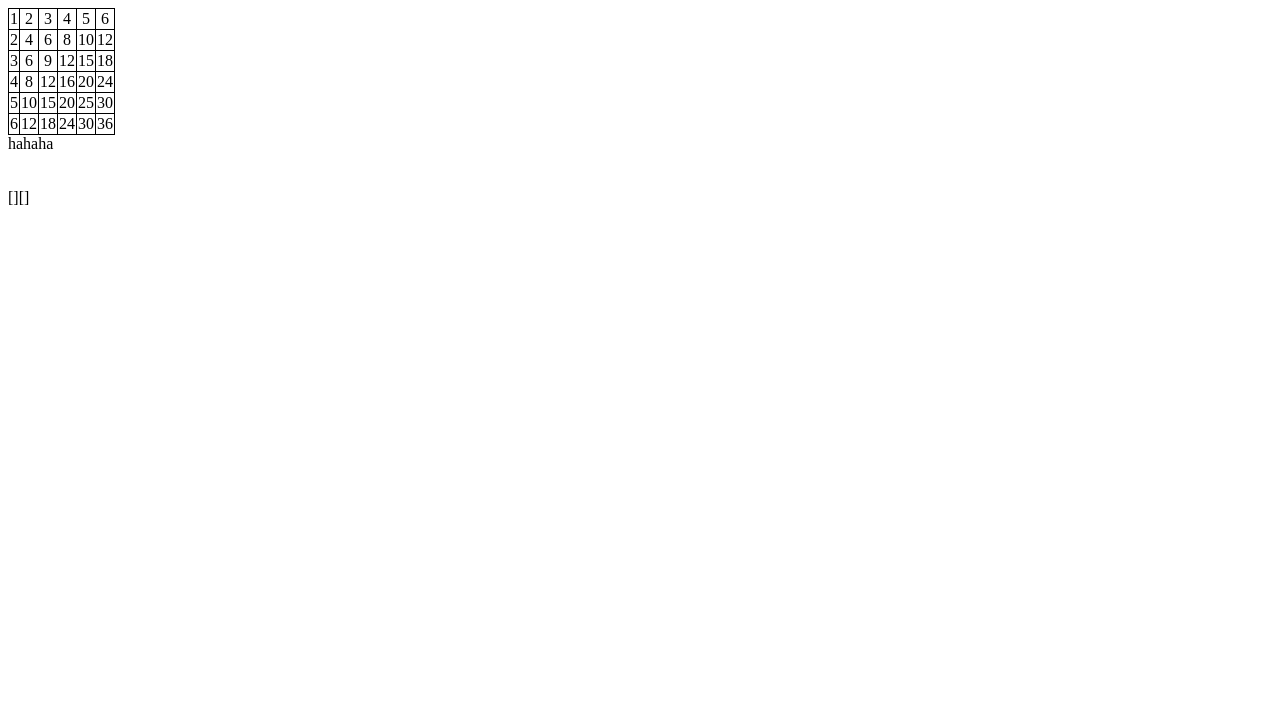
Repository: alphatra/Task-menager
Page: http://localhost/php/src/views/test.php
These files come from the project's save history. The page is drawn as it stood at one moment and after the next save; the edit follows.
The browser window is 1280 px wide. The pictures show the whole page.
The page is run by PHP 8.4 with error messages shown; the project is at /var/www/html/. Queries for data that is not in the repository find no rows.

Above is the page before, as saved 2023-02-11 14:40:30.

### php/src/views/test.php
<!DOCTYPE html>
<html lang="en">
<head>
    <meta charset="UTF-8">
    <meta http-equiv="X-UA-Compatible" content="IE=edge">
    <meta name="viewport" content="width=device-width, initial-scale=1.0">
    <title>Document</title>
</head>
<body>
    <script>

        let tabliczka = (a,b) =>{
            console.log(a,b);
            //pętla for do tworzenia tablczki mnozenia
            let table = document.createElement("table");
            table = document.body.appendChild(table);
            for(let i = 1; i <= a; i++){
                let row = document.createElement("tr");
                for(let j = 1; j <= b; j++){
                    let col = document.createElement("td");
                    col.innerHTML = i*j;
                    row.appendChild(col);
                }
                table.appendChild(row);
            }
        }
        tabliczka(6,6)
    </script>
    <style>
        table,tr,td{
            border: 1px solid black;
            border-collapse: collapse;
            text-align: center;
        }
    </style>
</body>
</html>
<?php
$prod = '{
    "list_name": "hahaha",
    "end_date": "2023-02-22",
    "products": {
        "product_id": [
            "2",
            "3"
        ],
        "product_title": [
            "Samsung Galaxy S20",
            "Canon EOS R6"
        ],
        "qty": [
            1,
            1
        ]
    }
}';
require_once('../model/CRUD.php');
$db = new db();
$prod = json_decode($prod);
$products = $prod->products;
echo $prod->list_name."<br>";
foreach($products->product_id as $key => $value){
    //echo $products->product_title[$key]." ";
    //echo $value."<br>";
    //echo $db->createListItems($products->qty[$key], $prod->list_name, $products->product_id[$key]);
    echo "<br>";
}


//echo $db->getMaxId('list')."<br>";
//echo $db->searchData($_tablename="list_items",$search="");
//echo $db->createListItems($qty=1,$list_name=$prod->list_name,$id_product=13);
//echo $db->createList($prod->list_name, $prod->end_date);
//echo $db->getIdList($prod->list_name);

echo $db->getData('products');
echo $db->searchData('list','','');
?>

### php/src/model/CRUD.php
<?php
class db{
    private $conn;
    public $servername;
    public $username;
    public $password;
    public $database;
    public $tablename;

    public function __construct($host="db", $database="mydb",
                                $username="root", $password="root"){
        $this->host = $host;
        $this->database = $database;
        $this->username = $username;
        $this->password = $password;

        try {
            // Tworzenie połączenia
            $this->conn = new mysqli($host, $username, $password, $database);
        } catch (Exception $e) {
            // Sprawdzanie połączenia
            die("Connection failed: " . mysqli_connect_error());

        }

        return $this->conn;
    }

    // Wyświetlanie list z bazy danych
    public function getData($tablename){
        $this->tablename = $tablename;
        $query = "SELECT * FROM $this->tablename";
        $result = mysqli_query($this->conn, $query);
        $result = mysqli_fetch_all($result, MYSQLI_ASSOC);

        return json_encode($result);
    }

    // Wyświetlanie list z bazy danych wraz z wyszukiwaniem
    public function searchData($tablename, $search, $category){
        $this->tablename = $tablename;
        $this->search = $search;
        $this->category = $category;
        if($tablename == 'products'){
            $query = "SELECT * FROM $this->tablename WHERE product_name LIKE '$this->search%'";
            if($category != ''){
                $query .= " AND category_id = $this->category";
            }
        }else{
            $query = "SELECT * FROM $this->tablename WHERE name LIKE '$this->search%'";
            if($category != ''){
                $query .= " AND category_id = $this->category";
            }
        }
        $result = mysqli_query($this->conn, $query);
        $result = mysqli_fetch_all($result, MYSQLI_ASSOC);

        return json_encode($result);
    }
    /*
    public function searchData($tablename="", $search=""){
        $this->tablename = "list";
        $this->search = "{$search}%";
        $query = "SELECT * FROM $this->tablename WHERE name LIKE ?";
        $stmt = $this->conn->prepare($query);
        $stmt->bind_param("s",$search);
        $stmt->execute();
        $result = $stmt->get_result();

        return json_encode($result->fetch_all(MYSQLI_ASSOC));
    }
    */

    // Dodawanie produktów do bazy danych
    public function createProduct($Param){
        $product_name = $Param[0];
        $product_description = $Param[1];
        $product_image = $Param[2];
        $category_id = $Param[3];
        $query = "INSERT INTO products (product_name, product_description, product_image, category_id)
                    VALUES ('{$product_name}', '{$product_description}', '{$product_image}', '{$category_id}')";

        mysqli_query($this->conn, $query);
    }

    public function fetchData($Data){
        $this->Data = $Data;
        $decoded_json = json_decode($Data, true);
        $product_name = $decoded_json['product_name'];
        $product_description = $decoded_json['product_description'];
        $product_image = $decoded_json['product_image'];
        $category_id = $decoded_json['category_id'];
        return [$product_name, $product_description, $product_image, $category_id];
    }

    public function getMaxId($tablename){
        $this->tablename = $tablename;
        $query = "SELECT MAX( id ) AS `Max_Id` FROM $this->tablename";
        $result = mysqli_query($this->conn, $query);
        $result = mysqli_fetch_all($result, MYSQLI_ASSOC);
        $result = $result[0]['Max_Id'];

        return $result + 1;
    }

    public function getIdList($list_name){
        $this->list_name = $list_name;
        $query = "SELECT id FROM list WHERE name = '$this->list_name'";
        $result = mysqli_query($this->conn, $query);
        $result = mysqli_fetch_all($result, MYSQLI_ASSOC);
        $result = $result[0]['id'];

        return $result;
    }

    public function createList($list_name, $end_date){
        $id = $this->getMaxId('list');
        $this->list_name = $list_name;
        $created_date = date("Y-m-d h:i:s");
        $this->end_date = $end_date;
        $query = "INSERT INTO list (id, name, created_date, end_date) VALUES ('{$id}','{$list_name}','{$created_date}','{$end_date}')";
        mysqli_query($this->conn, $query);
        return $query;
    }

    public function createListItems($qty,$list_name,$id_product){
        $id = $this->getMaxId('list_items');
        $this->qty = $qty;
        $this->list_name = $list_name;
        $list_name = $this->getIdList($list_name);
        $this->id_product = $id_product;

        $query = "INSERT INTO list_items (id, quantity, list_id, id_product) VALUES ('{$id}', '{$this->qty}', '{$list_name}', '{$this->id_product}')";
        mysqli_query($this->conn, $query);
        return $query;
    }
}
?>

After the next save:
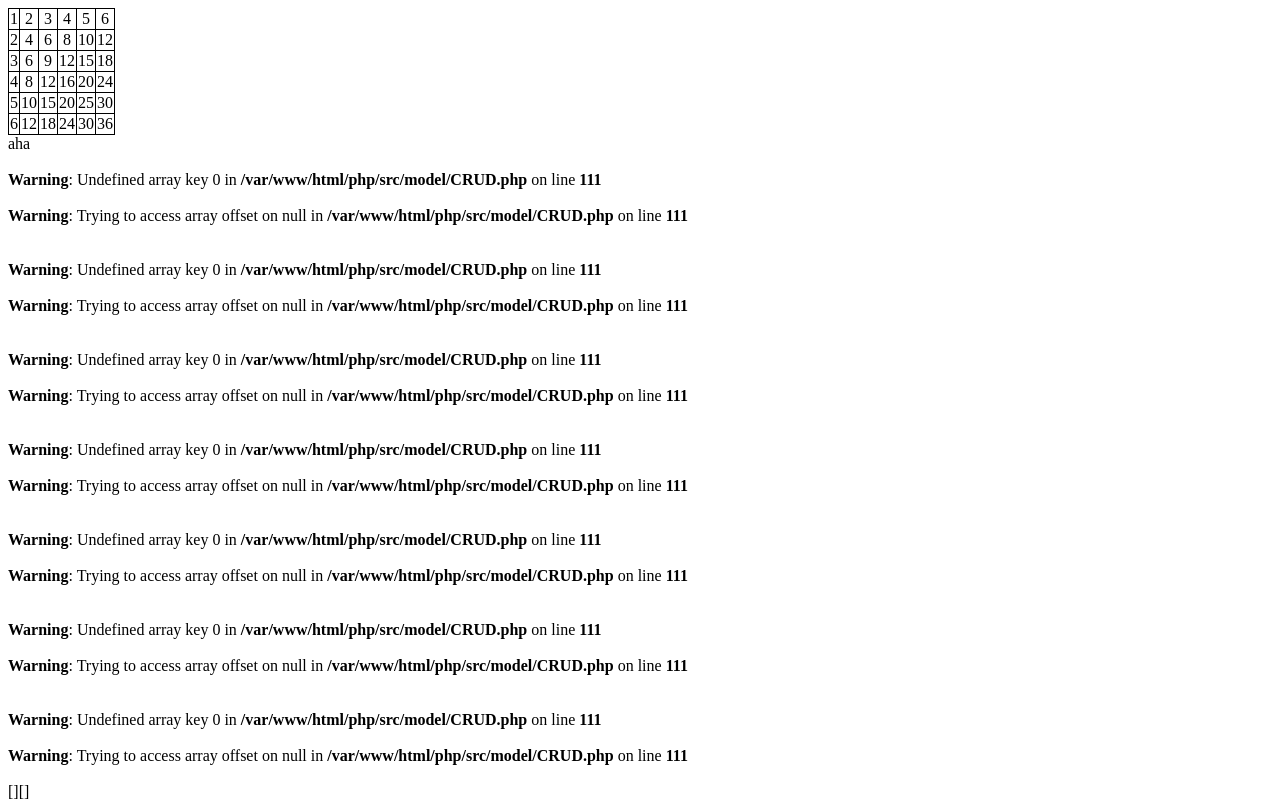
Saved 7 min 9 s later.
--- a/php/src/views/test.php
+++ b/php/src/views/test.php
@@ -37,18 +37,33 @@
 </html>
 <?php
 $prod = '{
-    "list_name": "hahaha",
-    "end_date": "2023-02-22",
+    "list_name": "aha",
+    "end_date": "2023-02-04",
     "products": {
         "product_id": [
-            "2",
-            "3"
+            2,
+            3,
+            7,
+            6,
+            5,
+            10,
+            14
         ],
         "product_title": [
             "Samsung Galaxy S20",
-            "Canon EOS R6"
+            "Canon EOS R6",
+            "Maybelline Superstay 24h",
+            "Lodówka SAMSUNG",
+            "Sofa rozkładana IKEA",
+            "Spodnie dresowe Nike",
+            "Barbie Dreamhouse"
         ],
         "qty": [
+            1,
+            1,
+            1,
+            1,
+            1,
             1,
             1
         ]
@@ -62,7 +77,7 @@ echo $prod->list_name."<br>";
 foreach($products->product_id as $key => $value){
     //echo $products->product_title[$key]." ";
     //echo $value."<br>";
-    //echo $db->createListItems($products->qty[$key], $prod->list_name, $products->product_id[$key]);
+    $db->createListItems($products->qty[$key], $prod->list_name, $products->product_id[$key]);
     echo "<br>";
 }
 
